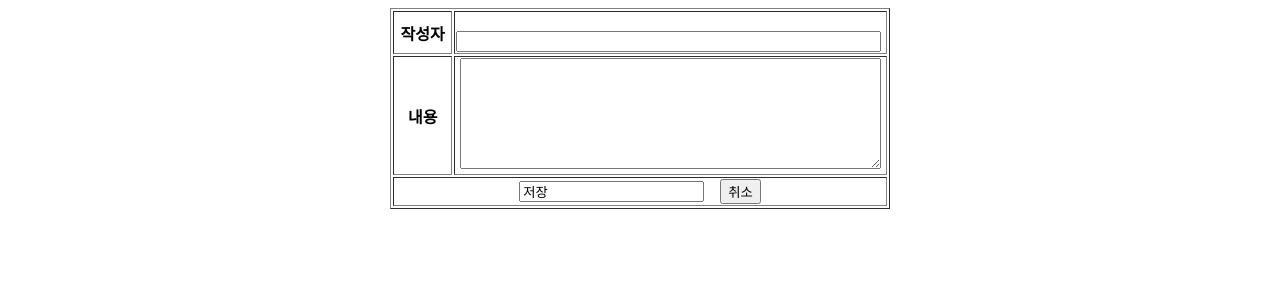
Repository: ghs0814/jsp-workspace
Page: ServletProject/src/main/webapp/bbs/write.html
An editor plug-in stored every save of this project. The page is shown before and after the next save, followed by the edit.
The browser window is 1280 px wide. The pictures show the whole page.

Above is the page before, as saved 2026-05-22 00:53:40.

### ServletProject/src/main/webapp/bbs/write.html
<!DOCTYPE html>
<html>
<head>
<meta charset="UTF-8">
<title></title>
</head>
<body>
<form action="VisitInsert" method="post">
		<table align="center" width="500" border="1">
			<tr>
				<th width="70">작성자</th>
				<td width="430">&nbsp;
					<input type="text" name="write" size="50">
				</td>
			</tr>

			<tr>
				<th>내용</th>
				<td>
					&nbsp;<textarea rows="7" cols="50" name="memo"></textarea>
				</td>
			</tr>

			<tr>
				<td colspan="2" align="center">
					<input type="submin" value="저장"> &nbsp;&nbsp;
					<input type="reset" value="취소">
				</td>
			</tr>


		</table>

	</form>

</body>
</html>

After the next save:
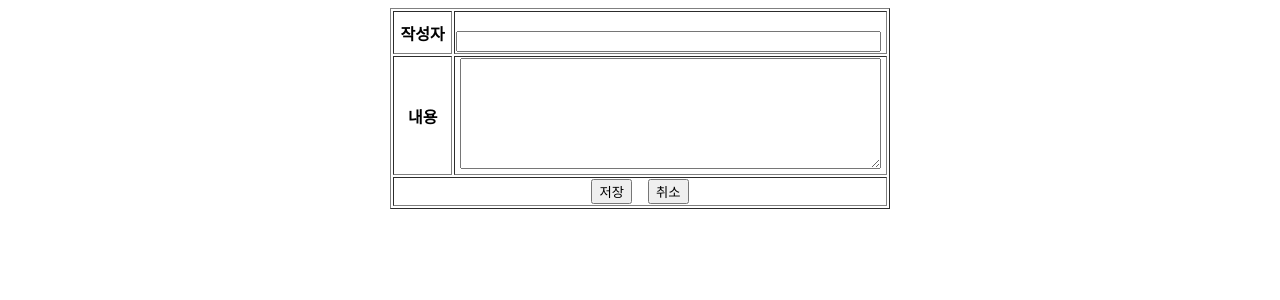
Saved 11 s later.
--- a/ServletProject/src/main/webapp/bbs/write.html
+++ b/ServletProject/src/main/webapp/bbs/write.html
@@ -23,7 +23,7 @@
 
 			<tr>
 				<td colspan="2" align="center">
-					<input type="submin" value="저장"> &nbsp;&nbsp;
+					<input type="submit" value="저장"> &nbsp;&nbsp;
 					<input type="reset" value="취소">
 				</td>
 			</tr>
